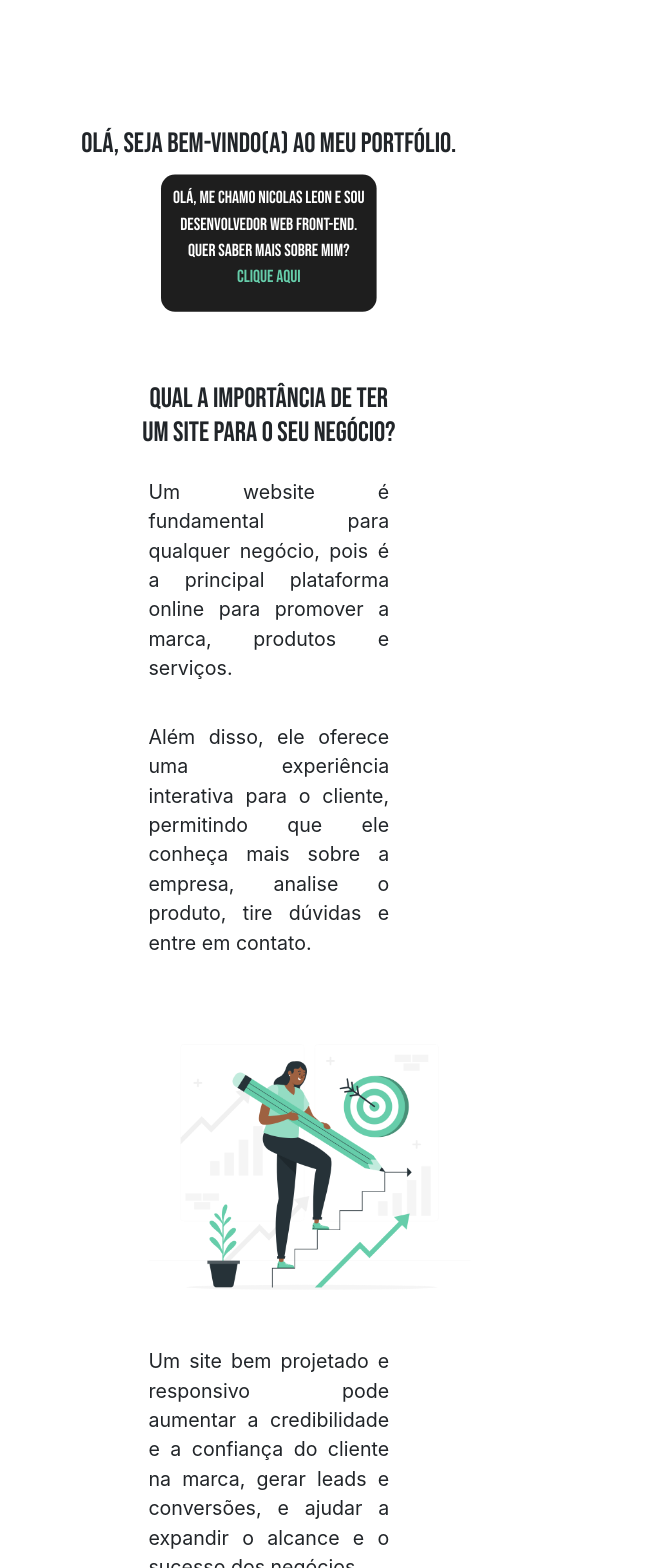
Repository: Leonngc/nicdev
Page: index.html
An editor plug-in stored every save of this project. The page is shown before and after a run of saves, followed by the edit.
The browser window is 768 px wide. The page is 960 px wide, so the pictures cover 960 px, including what lies to the right of the window. The pictures show the part of the page from y = 628 to 2868 px (the page is 5921 px tall before and 5846 px after), at 70% of full size.
Some web libraries are served in a nearby version.

Above is the page before, as saved 2023-04-14 22:21:17.

### index.html
<!DOCTYPE html>
<html lang="pt-br">
  <head>
    <meta charset="UTF-8" />
    <meta http-equiv="X-UA-Compatible" content="IE=edge" />
    <meta name="viewport" content="width=device-width, initial-scale=1.0" />
    <link
      rel="stylesheet"
      href="https://stackpath.bootstrapcdn.com/bootstrap/4.1.3/css/bootstrap.min.css"
      integrity="sha384-MCw98/SFnGE8fJT3GXwEOngsV7Zt27NXFoaoApmYm81iuXoPkFOJwJ8ERdknLPMO"
      crossorigin="anonymous"
    />
    <link rel="stylesheet" href="styles/contain.css" />
    <link rel="stylesheet" href="styles/main.css" />
    <link rel="stylesheet" href="styles/scrollbar.css" />
    <link rel="stylesheet" href="styles/footer.css">
    <title>nicdev</title>
  </head>
  <body>
    <header style="width: 100vw" class="position-fixed">
      <nav
        class="navbar navbar-expand-lg navbar-dark"
        style="background-color: #1e1e1e; padding: 30px"
      >
        <a class="navbar-brand" href="#"
          ><img src="images/nicdev-logo.png" alt="" style="width: 130px"
        /></a>
        <button
          class="navbar-toggler"
          type="button"
          data-toggle="collapse"
          data-target="#navbarNav"
          aria-controls="navbarNav"
          aria-expanded="false"
          aria-label="Alterna navegação"
        >
          <span class="navbar-toggler-icon"></span>
        </button>
        <div
          class="collapse navbar-collapse justify-content-end"
          id="navbarNav"
        >
          <ul class="navbar-nav">
            <li class="nav-item active">
              <a class="nav-link text-light" href="#"
                >Home <span class="sr-only">(Página atual)</span></a
              >
            </li>
            <li class="nav-item">
              <a class="nav-link text-light" href="#">Sobre</a>
            </li>
            <li class="nav-item">
              <a class="nav-link text-light" href="#">Projetos</a>
            </li>
            <li class="nav-item">
              <a class="nav-link text-light" href="#">Contatos</a>
            </li>
          </ul>
        </div>
      </nav>
    </header>

    <div class="contain">
      <h2>DESENVOLVEDOR WEB</h2>
      <div class="skills">
        <span style="color: #baa704">JS</span>
        <span style="color: #d84924">HTML</span>
        <span style="color: #0066b6">CSS</span>
      </div>

      <img src="images/Code typing-bro.svg" alt="" class="code-image" />
    </div>

    <main>
      <h3>Olá, seja bem-vindo(a) ao meu portfólio.</h3>
      <div class="box">
        <p>
          Olá, me chamo Nicolas Leon e sou desenvolvedor web front-end. Quer
          saber mais sobre mim? <a href="">Clique aqui</a>
        </p>
      </div>

      <div class="text-box">
        <h3>Qual a importância de ter um site para o seu negócio?</h3>
        <p>
          Um website é fundamental para qualquer negócio, pois é a principal
          plataforma online para promover a marca, produtos e serviços.
        </p>

        <p>
          Além disso, ele oferece uma experiência interativa para o cliente,
          permitindo que ele conheça mais sobre a empresa, analise o produto,
          tire dúvidas e entre em contato.
        </p>
        <div class="image">
          <img src="images/Next steps-rafiki.png" alt="" srcset="" />
        </div>
        <p>
          Um site bem projetado e responsivo pode aumentar a credibilidade e a
          confiança do cliente na marca, gerar leads e conversões, e ajudar a
          expandir o alcance e o sucesso dos negócios.
        </p>
      </div>

      <div class="text-box">
        <h3>Performance e Crescimento</h3>
        <p>
          Um website de alto desempenho é essencial para impulsionar o crescimento dos seus negócios. Como freelancer, entendo a importância de um website que garanta a <span class="word-emphasis">PERFORMANCE</span> necessária para alcançar seus objetivos de<span class="word-emphasis"> CRESCIMENTO</span>. Deixe-me ajudá-lo a construir uma presença online que permita que seus clientes potenciais encontrem você facilmente e se conectem com sua marca.
        </p>

        <p>
          Com nosso serviço, você terá um website profissional e otimizado para alcançar seu público-alvo. Além disso, oferecemos acompanhamento digital personalizado para ajudá-lo a entender seu público, monitorar suas métricas e tomar decisões estratégicas para alcançar seus objetivos de negócios.
        </p>
        <img src="images/sloganweb (1)_adobe_express.svg" alt="" srcset="" class="slogan">

        <p>Não perca mais tempo tentando navegar sozinho no mundo digital. Deixe ajudá-lo a alcançar o sucesso que sua empresa merece. Entre em contato hoje mesmo e comece a sua jornada de CRESCIMENTO e PERFORMANCE agora mesmo.</p>
      </div>
      <a href=""><button type="button" class="btn btn-outline-success" style="width: 300px; font-size: 26px; margin-bottom: 40px;">Fale comigo</button></a>

    </main>

    <footer>
      <p><img src="images/gmail.png" alt=""><a href="">nicolasleongoncalvescorrea@gmail.com</a> <img src="images/linkedin.png" alt=""><a href="">Nicolas Leon</a> <img src="images/whatsapp.png" alt=""><a href="">(91) 8332-8035</a></p>
      <p class="rights">Nicolas Leon | 2023</p>
    </footer>
    <script
      src="https://code.jquery.com/jquery-3.3.1.slim.min.js"
      integrity="sha384-q8i/X+965DzO0rT7abK41JStQIAqVgRVzpbzo5smXKp4YfRvH+8abtTE1Pi6jizo"
      crossorigin="anonymous"
    ></script>
    <script
      src="https://cdnjs.cloudflare.com/ajax/libs/popper.js/1.14.3/umd/popper.min.js"
      integrity="sha384-ZMP7rVo3mIykV+2+9J3UJ46jBk0WLaUAdn689aCwoqbBJiSnjAK/l8WvCWPIPm49"
      crossorigin="anonymous"
    ></script>
    <script
      src="https://stackpath.bootstrapcdn.com/bootstrap/4.1.3/js/bootstrap.min.js"
      integrity="sha384-ChfqqxuZUCnJSK3+MXmPNIyE6ZbWh2IMqE241rYiqJxyMiZ6OW/JmZQ5stwEULTy"
      crossorigin="anonymous"
    ></script>
  </body>
</html>

### styles/contain.css
@import url('https://fonts.googleapis.com/css2?family=Bebas+Neue&display=swap'); /* CDN GOOGLE  FONT */
@font-face {
    font-family: Lastica;
    src: url(../fonts/instrg.ttf)
}

*{
    max-width: 100vw;
}

:root{
 --bebas-neue : 'Bebas Neue', cursive;
}

.contain{
    margin: auto;
    width: 100vw;
    height: 90vh;
   justify-content: center;
   text-align: center;
   padding-top: 100px;

   background-image: linear-gradient(
  270deg,
  hsl(0, 0%, 32%) 0%,
  hsl(0deg 0% 50%) 13%,
  hsl(0deg 0% 71%) 25%,
  hsl(0deg 0% 87%) 37%,
  hsl(0deg 0% 100%) 50%,
  hsl(0deg 0% 87%) 63%,
  hsl(0deg 0% 71%) 75%,
  hsl(0deg 0% 50%) 87%,
  hsl(0deg 0% 32%) 100%
);

}


h2{
    font-family: Lastica, sans-serif;
    font-weight: bold;
    margin-top: 30px;
}

.skills{
    width: 50%;
    display: flex;
    justify-content: space-around;
    margin-left: 380px;
    margin-right: 380px;
    margin-top: 80px;
    border-bottom: 3px solid black;
}

.skills > span{
    font-size: 28px;
    font-family: var(--bebas-neue), sans-serif;
    color: #4BC6B9;
    padding: 3px;
}

.code-image{
    width: 300px;

}

@media screen and (max-width: 900px) {
    .contain{
        background-image: none;
    }
    .skills{
        margin: auto;
    }
}

### styles/main.css
@import url('https://fonts.googleapis.com/css2?family=Bebas+Neue&display=swap'); /* CDN GOOGLE  FONT */
@import url('https://cdn-uicons.flaticon.com/uicons-solid-straight/css/uicons-solid-straight.css'); /* CDN ICON*/
@font-face {
    font-family: Lastica;
    src: url(../fonts/instrg.ttf)
}

*{
    max-width: 100vw;
}

:root{
 --bebas-neue : 'Bebas Neue', cursive;
}

main{
    margin-top: 90px;
    text-align: center;
}

h3{
    font-family: var(--bebas-neue), sans-serif;
    font-size: 40px;
    margin-bottom: 20px;
}

.box{
    background-color: #1E1E1E;
    color: white;
    width:40vw;
    margin: auto;
    padding: 15px;
    border-radius: 20px;
}

.box > p{
    font-size: 25px;
    font-family: var(--bebas-neue);
}

.box > p a{
    color: #66CDAA;
}

.text-box{
    width: 50vw;
    margin: auto;
    margin-top: 100px;
}
.text-box > p{
     font-size: 28px;
    text-align: justify;
    padding: 20px;
}
.text-box > .image img{
    width: 500px;
    padding: 20px;
}

.word-emphasis{
    color: #66CDAA;
    font-weight: bold;
}

.word-emphasis:hover{
    text-decoration: underline;
    color: #3c7562;
}

.slogan{
    width: 800px;
}
@media screen and(max{

}
.box{
    width: 80vw;
}

### styles/scrollbar.css
body{
    overflow-x: hidden;
}
body::-webkit-scrollbar {
    width: 6px;               /* width of the entire scrollbar */
  }

  body::-webkit-scrollbar-track {
    background: rgb(5, 5, 5);        /* color of the tracking area */
  }

  body::-webkit-scrollbar-thumb {
    background-color: #4BC6B9;    /* color of the scroll thumb */
    border-radius: 20px;       /* roundness of the scroll thumb */
  }

### styles/footer.css
footer{
    background-color: black;
    text-align: center;
    margin-top: 200px;
    padding: 15px;
    height: 13vh;
}

footer > p  a{
    padding: 10px;
    text-decoration: none;
    color: white;
    font-family: 'Lucida Sans', 'Lucida Sans Regular', 'Lucida Grande', 'Lucida Sans Unicode', Geneva, Verdana, sans-serif;
}

footer > p > a:hover{
    color: #66CDAA;
    transition: 1s;
}

.rights{
    color: white;
    font-family: 'Times New Roman', Times, serif;
}

After the next 3 saves:
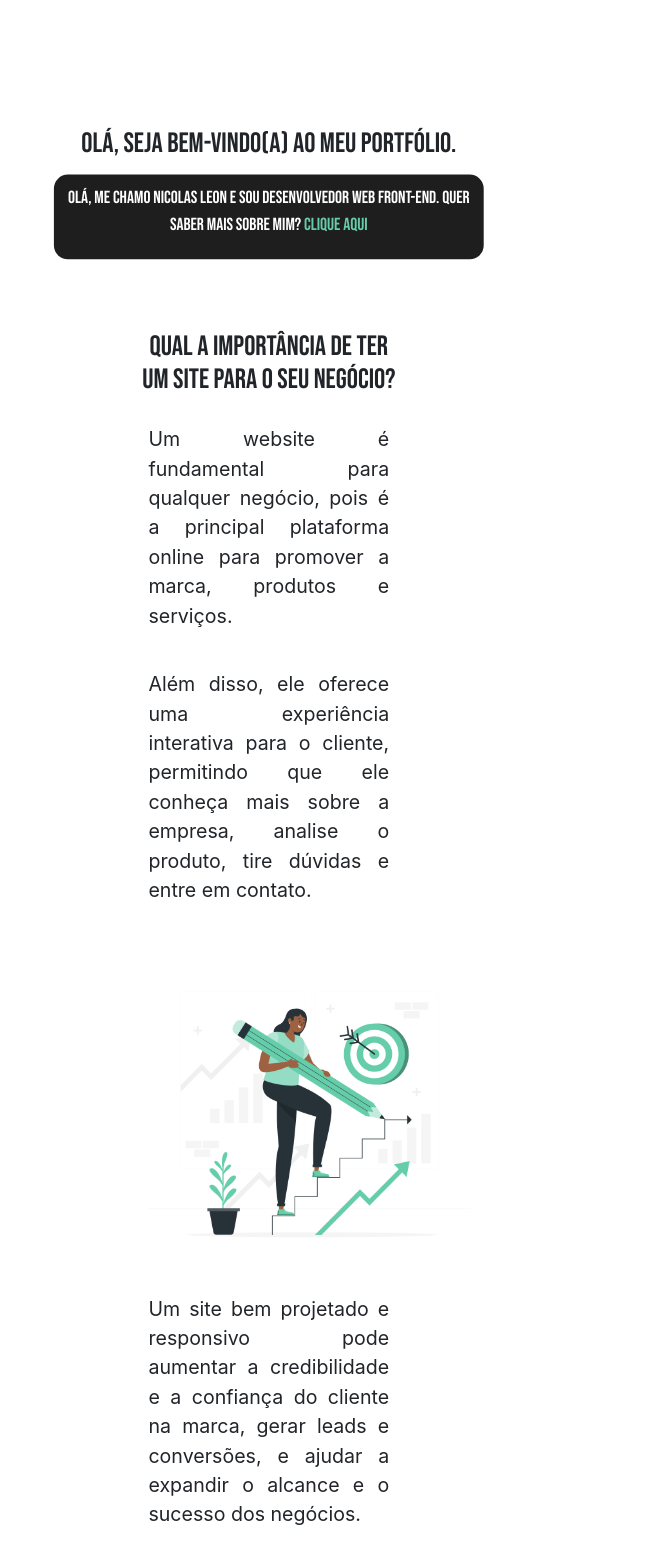
The 3 saves are shown as one change because they came seconds apart.
The last was saved 9 s later.
--- a/styles/main.css
+++ b/styles/main.css
@@ -70,7 +70,7 @@ h3{
 .slogan{
     width: 800px;
 }
-@media screen and(max{
+@media screen and(max-width:900px){
 
 }
 .box{

After the save that followed:
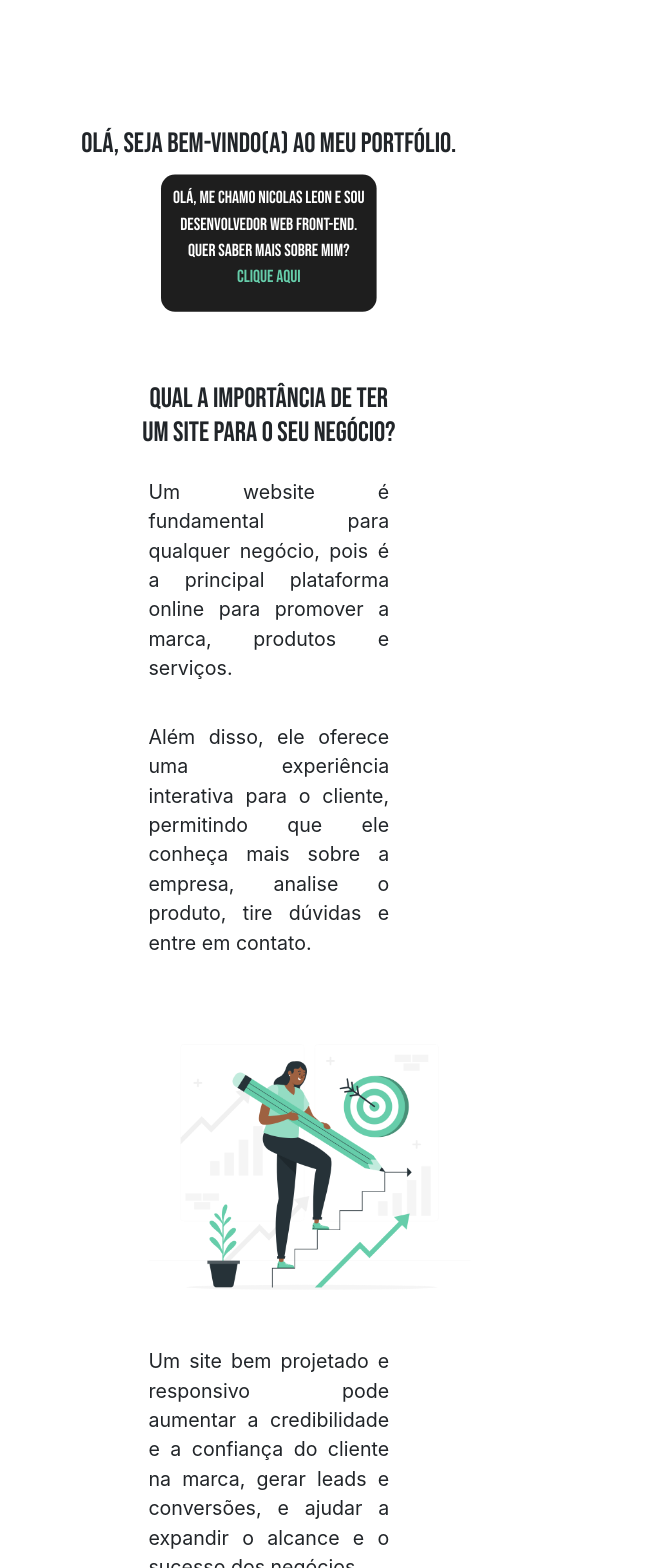
Saved 7 s later.
--- a/styles/main.css
+++ b/styles/main.css
@@ -71,8 +71,7 @@ h3{
     width: 800px;
 }
 @media screen and(max-width:900px){
-
-}
-.box{
+    .box{
     width: 80vw;
 }
+}
